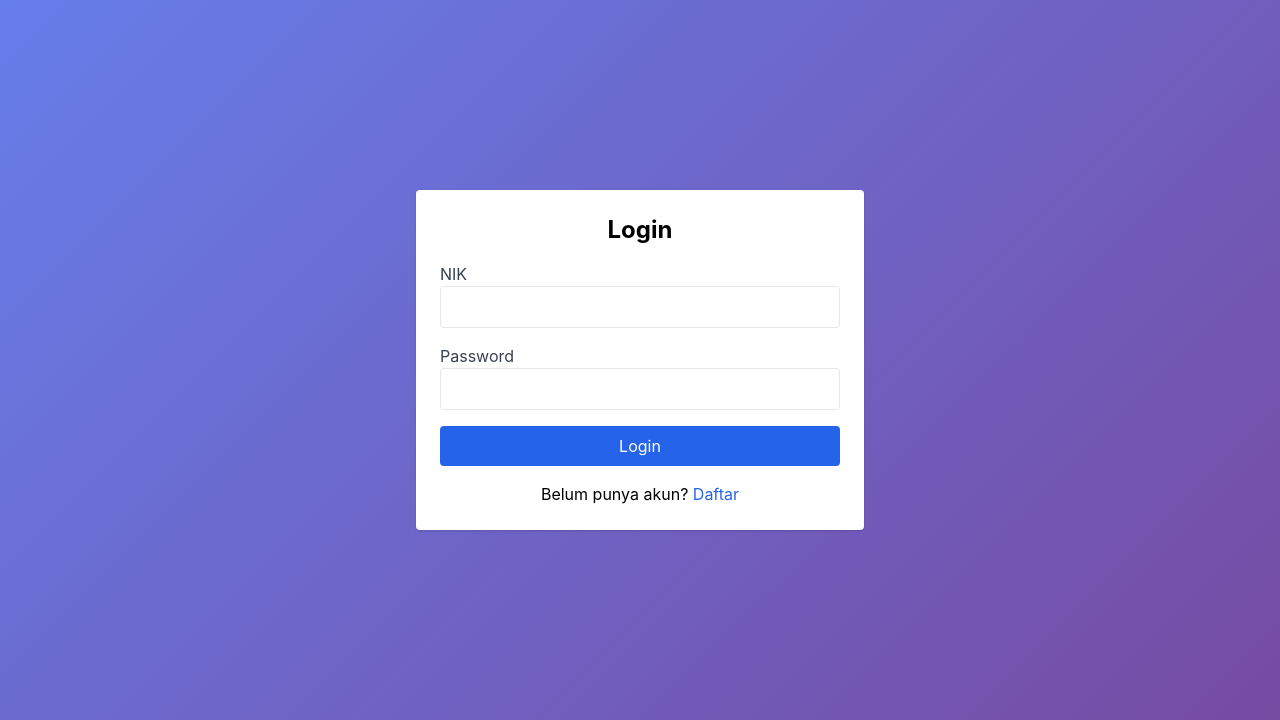
Repository: GiraldoNainggolan/E-Desa
Page: http://localhost/login.php
These files come from the project's save history. The page is drawn as it stood at one moment and after the next save; the edit follows.
The browser window is 1280 px wide. The pictures show the whole page.
The page is run by PHP 8.4 with error messages shown; the project is at /var/www/html/.

Above is the page before, as saved 2025-07-10 00:03:31.

After the next save:
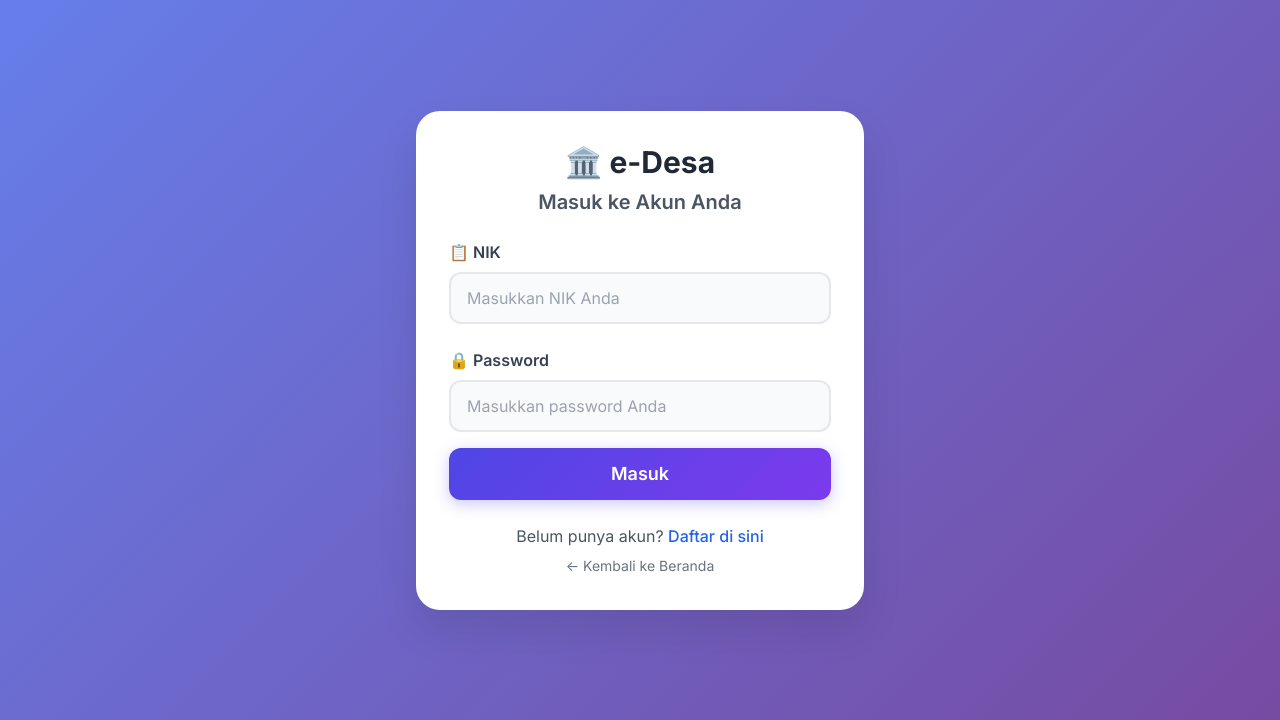
Saved 11 s later.
--- a/login.php
+++ b/login.php
@@ -30,26 +30,44 @@ if ($_SERVER['REQUEST_METHOD'] == 'POST') {
     <meta name="viewport" content="width=device-width, initial-scale=1.0">
     <title>Login - e-Desa</title>
     <link href="https://cdn.jsdelivr.net/npm/tailwindcss@2.2.19/dist/tailwind.min.css" rel="stylesheet">
+    <link href="https://fonts.googleapis.com/css2?family=Inter:wght@300;400;500;600;700;800&display=swap" rel="stylesheet">
     <link href="styles.css" rel="stylesheet">
 </head>
-<body class="bg-gray-100 flex items-center justify-center h-screen">
-    <div class="bg-white p-6 rounded shadow w-full max-w-md">
-        <h2 class="text-2xl font-bold mb-4 text-center">Login</h2>
+<body class="flex items-center justify-center min-h-screen">
+    <div class="form-container w-full max-w-md mx-4 fade-in">
+        <div class="text-center mb-6">
+            <h1 class="text-3xl font-bold text-gray-800 mb-2">🏛️ e-Desa</h1>
+            <h2 class="text-xl font-semibold text-gray-600">Masuk ke Akun Anda</h2>
+        </div>
+
         <?php if (isset($error)): ?>
-            <p class="text-red-500 mb-4"><?php echo $error; ?></p>
+            <div class="alert alert-error mb-4">
+                <strong>Error:</strong> <?php echo $error; ?>
+            </div>
         <?php endif; ?>
-        <form method="POST">
-            <div class="mb-4">
-                <label class="block text-gray-700">NIK</label>
-                <input type="text" name="nik" class="w-full p-2 border rounded" required>
+
+        <form method="POST" class="space-y-4">
+            <div class="form-group">
+                <label class="form-label">📋 NIK</label>
+                <input type="text" name="nik" class="form-input" placeholder="Masukkan NIK Anda" required>
             </div>
-            <div class="mb-4">
-                <label class="block text-gray-700">Password</label>
-                <input type="password" name="password" class="w-full p-2 border rounded" required>
+
+            <div class="form-group">
+                <label class="form-label">🔒 Password</label>
+                <input type="password" name="password" class="form-input" placeholder="Masukkan password Anda" required>
             </div>
-            <button type="submit" class="w-full bg-blue-600 text-white p-2 rounded hover:bg-blue-700">Login</button>
+
+            <button type="submit" class="btn-primary w-full text-lg py-3">
+                Masuk
+            </button>
         </form>
-        <p class="mt-4 text-center">Belum punya akun? <a href="register.php" class="text-blue-600">Daftar</a></p>
+
+        <div class="text-center mt-6">
+            <p class="text-gray-600">Belum punya akun?
+                <a href="register.php" class="text-blue-600 hover:text-blue-800 font-medium">Daftar di sini</a>
+            </p>
+            <a href="index.php" class="text-gray-500 hover:text-gray-700 text-sm mt-2 inline-block">← Kembali ke Beranda</a>
+        </div>
     </div>
 </body>
 </html>
